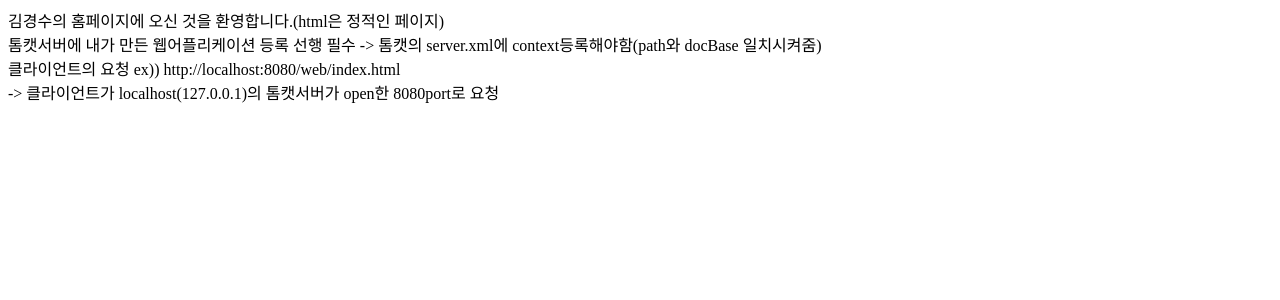
Repository: ainokks071/ServletJSP
Page: WEB/webapp/index.html
These files come from the project's save history. The page is drawn as it stood at one moment and after the next save; the edit follows.
The browser window is 1280 px wide. The pictures show the whole page.

Above is the page before, as saved 2023-07-31 09:05:43.

After the next save:
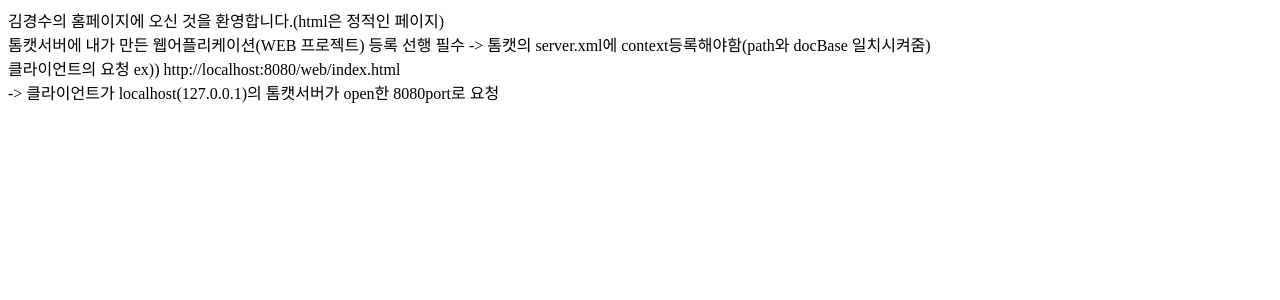
Saved 23 h 2 min later.
--- a/WEB/webapp/index.html
+++ b/WEB/webapp/index.html
@@ -7,8 +7,9 @@
 <body>
 
 김경수의 홈페이지에 오신 것을 환영합니다.(html은 정적인 페이지) <br>
-톰캣서버에 내가 만든 웹어플리케이션 등록 선행 필수 -> 톰캣의 server.xml에 context등록해야함(path와 docBase 일치시켜줌)<br>
+톰캣서버에 내가 만든 웹어플리케이션(WEB 프로젝트) 등록 선행 필수 -> 톰캣의 server.xml에 context등록해야함(path와 docBase 일치시켜줌)<br>
 클라이언트의 요청 ex)) http://localhost:8080/web/index.html <br>
 -> 클라이언트가 localhost(127.0.0.1)의 톰캣서버가 open한 8080port로 요청<br>
+
 </body>
 </html>
